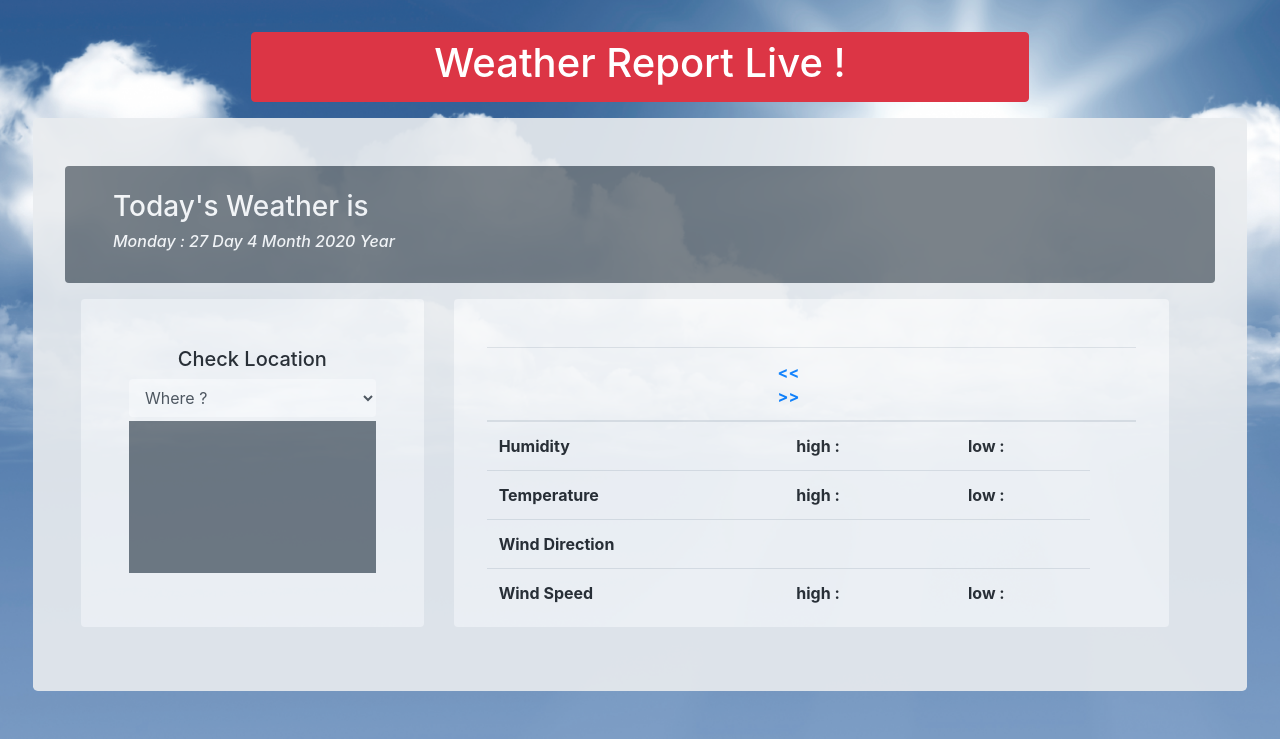
Repository: Code-Institute-Submissions/projectchen88-weatherForecast
Page: index.html
The author's editor kept a record of every edit. The page is drawn from the files as they stood at one moment, then again after the next edit.
The browser window is 1280 px wide. The pictures show the whole page.
The page's requests for data from a server got no answer.

Above is the page before.
Console error (its wording comes from the project's code and is left out).

After the next edit:
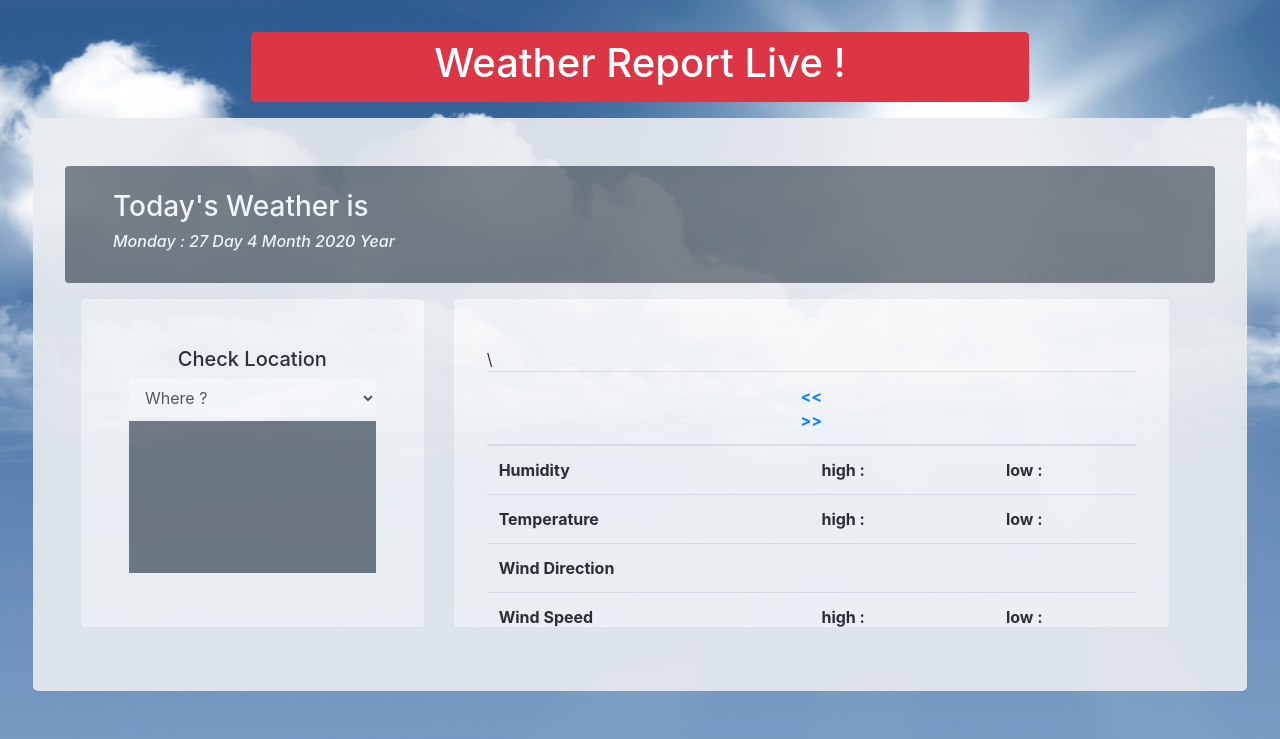
The edit:
--- a/index.html
+++ b/index.html
@@ -76,8 +76,7 @@
                                                             <span id='forecast-title'></span>
                                                             <div id='next-day' class='text-primary'> >> </div>
                                                         </th>
-                                                        <th id='next-day' class='text-primary'></th>
-                                                    </tr>
+\                                                    </tr>
                                                 </thead>
                                                 <tbody>
                                                     <tr>
